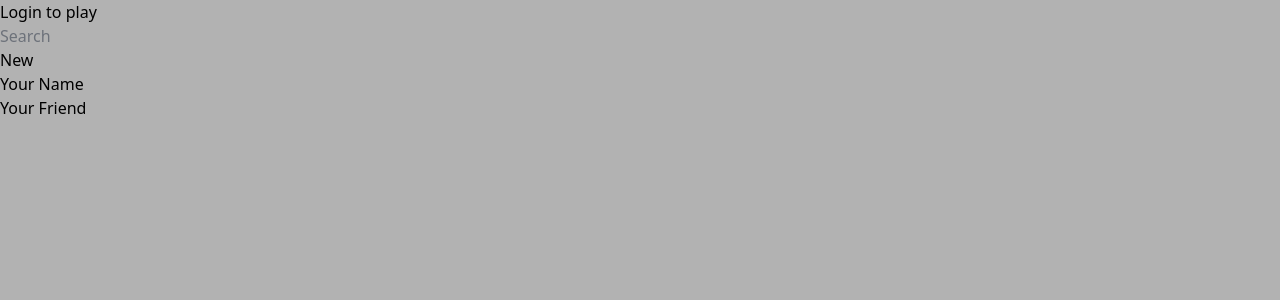
Repository: Teddy1705/demo_pj
Page: /
An editor plug-in stored every save of this project. The page is shown before and after the next save, followed by the edit.
The browser window is 1280 px wide. The pictures show the whole page.
The project was rebuilt for these pictures with package versions that can differ from the ones it lists, and the page was loaded fresh each time. Also part of the build but not shown: vite.config.js.

Above is the page before, as saved 2024-04-16 08:48:28.

### index.html
<!DOCTYPE html>
<html lang="en">
  <head>
    <meta charset="UTF-8" />
    <link rel="icon" type="image/svg+xml" href="/vite.svg" />
    <meta name="viewport" content="width=device-width, initial-scale=1.0" />
    <title>Tic Tac Toe</title>
    <link rel="stylesheet" href="./src/index.css" />
  </head>
  <body>
    <div id="root"></div>
    <script type="module" src="/src/main.jsx"></script>
  </body>
</html>

### src/index.css
/*
! tailwindcss v3.4.3 | MIT License | https://tailwindcss.com
*/

/*
1. Prevent padding and border from affecting element width. (https://github.com/mozdevs/cssremedy/issues/4)
2. Allow adding a border to an element by just adding a border-width. (https://github.com/tailwindcss/tailwindcss/pull/116)
*/

*,
::before,
::after {
  box-sizing: border-box;
  /* 1 */
  border-width: 0;
  /* 2 */
  border-style: solid;
  /* 2 */
  border-color: #e5e7eb;
  /* 2 */
}

::before,
::after {
  --tw-content: "";
}

/*
1. Use a consistent sensible line-height in all browsers.
2. Prevent adjustments of font size after orientation changes in iOS.
3. Use a more readable tab size.
4. Use the user's configured `sans` font-family by default.
5. Use the user's configured `sans` font-feature-settings by default.
6. Use the user's configured `sans` font-variation-settings by default.
7. Disable tap highlights on iOS
*/

html,
:host {
  line-height: 1.5;
  /* 1 */
  -webkit-text-size-adjust: 100%;
  /* 2 */
  -moz-tab-size: 4;
  /* 3 */
  -o-tab-size: 4;
  tab-size: 4;
  /* 3 */
  font-family: ui-sans-serif, system-ui, sans-serif, "Apple Color Emoji",
    "Segoe UI Emoji", "Segoe UI Symbol", "Noto Color Emoji";
  /* 4 */
  font-feature-settings: normal;
  /* 5 */
  font-variation-settings: normal;
  /* 6 */
  -webkit-tap-highlight-color: transparent;
  /* 7 */
}

/*
1. Remove the margin in all browsers.
2. Inherit line-height from `html` so users can set them as a class directly on the `html` element.
*/

body {
  margin: 0;
  /* 1 */
  line-height: inherit;
  /* 2 */
}

/*
1. Add the correct height in Firefox.
2. Correct the inheritance of border color in Firefox. (https://bugzilla.mozilla.org/show_bug.cgi?id=190655)
3. Ensure horizontal rules are visible by default.
*/

hr {
  height: 0;
  /* 1 */
  color: inherit;
  /* 2 */
  border-top-width: 1px;
  /* 3 */
}

/*
Add the correct text decoration in Chrome, Edge, and Safari.
*/

abbr:where([title]) {
  -webkit-text-decoration: underline dotted;
  text-decoration: underline dotted;
}

/*
Remove the default font size and weight for headings.
*/

h1,
h2,
h3,
h4,
h5,
h6 {
  font-size: inherit;
  font-weight: inherit;
}

/*
Reset links to optimize for opt-in styling instead of opt-out.
*/

a {
  color: inherit;
  text-decoration: inherit;
}

/*
Add the correct font weight in Edge and Safari.
*/

b,
strong {
  font-weight: bolder;
}

/*
1. Use the user's configured `mono` font-family by default.
2. Use the user's configured `mono` font-feature-settings by default.
3. Use the user's configured `mono` font-variation-settings by default.
4. Correct the odd `em` font sizing in all browsers.
*/

code,
kbd,
samp,
pre {
  font-family: ui-monospace, SFMono-Regular, Menlo, Monaco, Consolas,
    "Liberation Mono", "Courier New", monospace;
  /* 1 */
  font-feature-settings: normal;
  /* 2 */
  font-variation-settings: normal;
  /* 3 */
  font-size: 1em;
  /* 4 */
}

/*
Add the correct font size in all browsers.
*/

small {
  font-size: 80%;
}

/*
Prevent `sub` and `sup` elements from affecting the line height in all browsers.
*/

sub,
sup {
  font-size: 75%;
  line-height: 0;
  position: relative;
  vertical-align: baseline;
}

sub {
  bottom: -0.25em;
}

sup {
  top: -0.5em;
}

/*
1. Remove text indentation from table contents in Chrome and Safari. (https://bugs.chromium.org/p/chromium/issues/detail?id=999088, https://bugs.webkit.org/show_bug.cgi?id=201297)
2. Correct table border color inheritance in all Chrome and Safari. (https://bugs.chromium.org/p/chromium/issues/detail?id=935729, https://bugs.webkit.org/show_bug.cgi?id=195016)
3. Remove gaps between table borders by default.
*/

table {
  text-indent: 0;
  /* 1 */
  border-color: inherit;
  /* 2 */
  border-collapse: collapse;
  /* 3 */
}

/*
1. Change the font styles in all browsers.
2. Remove the margin in Firefox and Safari.
3. Remove default padding in all browsers.
*/

button,
input,
optgroup,
select,
textarea {
  font-family: inherit;
  /* 1 */
  font-feature-settings: inherit;
  /* 1 */
  font-variation-settings: inherit;
  /* 1 */
  font-size: 100%;
  /* 1 */
  font-weight: inherit;
  /* 1 */
  line-height: inherit;
  /* 1 */
  letter-spacing: inherit;
  /* 1 */
  color: inherit;
  /* 1 */
  margin: 0;
  /* 2 */
  padding: 0;
  /* 3 */
}

/*
Remove the inheritance of text transform in Edge and Firefox.
*/

button,
select {
  text-transform: none;
}

/*
1. Correct the inability to style clickable types in iOS and Safari.
2. Remove default button styles.
*/

button,
input:where([type="button"]),
input:where([type="reset"]),
input:where([type="submit"]) {
  -webkit-appearance: button;
  /* 1 */
  background-color: transparent;
  /* 2 */
  background-image: none;
  /* 2 */
}

/*
Use the modern Firefox focus style for all focusable elements.
*/

:-moz-focusring {
  outline: auto;
}

/*
Remove the additional `:invalid` styles in Firefox. (https://github.com/mozilla/gecko-dev/blob/2f9eacd9d3d995c937b4251a5557d95d494c9be1/layout/style/res/forms.css#L728-L737)
*/

:-moz-ui-invalid {
  box-shadow: none;
}

/*
Add the correct vertical alignment in Chrome and Firefox.
*/

progress {
  vertical-align: baseline;
}

/*
Correct the cursor style of increment and decrement buttons in Safari.
*/

::-webkit-inner-spin-button,
::-webkit-outer-spin-button {
  height: auto;
}

/*
1. Correct the odd appearance in Chrome and Safari.
2. Correct the outline style in Safari.
*/

[type="search"] {
  -webkit-appearance: textfield;
  /* 1 */
  outline-offset: -2px;
  /* 2 */
}

/*
Remove the inner padding in Chrome and Safari on macOS.
*/

::-webkit-search-decoration {
  -webkit-appearance: none;
}

/*
1. Correct the inability to style clickable types in iOS and Safari.
2. Change font properties to `inherit` in Safari.
*/

::-webkit-file-upload-button {
  -webkit-appearance: button;
  /* 1 */
  font: inherit;
  /* 2 */
}

/*
Add the correct display in Chrome and Safari.
*/

summary {
  display: list-item;
}

/*
Removes the default spacing and border for appropriate elements.
*/

blockquote,
dl,
dd,
h1,
h2,
h3,
h4,
h5,
h6,
hr,
figure,
p,
pre {
  margin: 0;
}

fieldset {
  margin: 0;
  padding: 0;
}

legend {
  padding: 0;
}

ol,
ul,
menu {
  list-style: none;
  margin: 0;
  padding: 0;
}

/*
Reset default styling for dialogs.
*/

dialog {
  padding: 0;
}

/*
Prevent resizing textareas horizontally by default.
*/

textarea {
  resize: vertical;
}

/*
1. Reset the default placeholder opacity in Firefox. (https://github.com/tailwindlabs/tailwindcss/issues/3300)
2. Set the default placeholder color to the user's configured gray 400 color.
*/

input::-moz-placeholder,
textarea::-moz-placeholder {
  opacity: 1;
  /* 1 */
  color: #9ca3af;
  /* 2 */
}

input::placeholder,
textarea::placeholder {
  opacity: 1;
  /* 1 */
  color: #9ca3af;
  /* 2 */
}

/*
Set the default cursor for buttons.
*/

button,
[role="button"] {
  cursor: pointer;
}

/*
Make sure disabled buttons don't get the pointer cursor.
*/

:disabled {
  cursor: default;
}

/*
1. Make replaced elements `display: block` by default. (https://github.com/mozdevs/cssremedy/issues/14)
2. Add `vertical-align: middle` to align replaced elements more sensibly by default. (https://github.com/jensimmons/cssremedy/issues/14#issuecomment-634934210)
   This can trigger a poorly considered lint error in some tools but is included by design.
*/

img,
svg,
video,
canvas,
audio,
iframe,
embed,
object {
  display: block;
  /* 1 */
  vertical-align: middle;
  /* 2 */
}

/*
Constrain images and videos to the parent width and preserve their intrinsic aspect ratio. (https://github.com/mozdevs/cssremedy/issues/14)
*/

img,
video {
  max-width: 100%;
  height: auto;
}

/* Make elements with the HTML hidden attribute stay hidden by default */

[hidden] {
  display: none;
}

*,
::before,
::after {
  --tw-border-spacing-x: 0;
  --tw-border-spacing-y: 0;
  --tw-translate-x: 0;
  --tw-translate-y: 0;
  --tw-rotate: 0;
  --tw-skew-x: 0;
  --tw-skew-y: 0;
  --tw-scale-x: 1;
  --tw-scale-y: 1;
  --tw-pan-x: ;
  --tw-pan-y: ;
  --tw-pinch-zoom: ;
  --tw-scroll-snap-strictness: proximity;
  --tw-gradient-from-position: ;
  --tw-gradient-via-position: ;
  --tw-gradient-to-position: ;
  --tw-ordinal: ;
  --tw-slashed-zero: ;
  --tw-numeric-figure: ;
  --tw-numeric-spacing: ;
  --tw-numeric-fraction: ;
  --tw-ring-inset: ;
  --tw-ring-offset-width: 0px;
  --tw-ring-offset-color: #fff;
  --tw-ring-color: rgb(59 130 246 / 0.5);
  --tw-ring-offset-shadow: 0 0 #0000;
  --tw-ring-shadow: 0 0 #0000;
  --tw-shadow: 0 0 #0000;
  --tw-shadow-colored: 0 0 #0000;
  --tw-blur: ;
  --tw-brightness: ;
  --tw-contrast: ;
  --tw-grayscale: ;
  --tw-hue-rotate: ;
  --tw-invert: ;
  --tw-saturate: ;
  --tw-sepia: ;
  --tw-drop-shadow: ;
  --tw-backdrop-blur: ;
  --tw-backdrop-brightness: ;
  --tw-backdrop-contrast: ;
  --tw-backdrop-grayscale: ;
  --tw-backdrop-hue-rotate: ;
  --tw-backdrop-invert: ;
  --tw-backdrop-opacity: ;
  --tw-backdrop-saturate: ;
  --tw-backdrop-sepia: ;
  --tw-contain-size: ;
  --tw-contain-layout: ;
  --tw-contain-paint: ;
  --tw-contain-style: ;
}

::backdrop {
  --tw-border-spacing-x: 0;
  --tw-border-spacing-y: 0;
  --tw-translate-x: 0;
  --tw-translate-y: 0;
  --tw-rotate: 0;
  --tw-skew-x: 0;
  --tw-skew-y: 0;
  --tw-scale-x: 1;
  --tw-scale-y: 1;
  --tw-pan-x: ;
  --tw-pan-y: ;
  --tw-pinch-zoom: ;
  --tw-scroll-snap-strictness: proximity;
  --tw-gradient-from-position: ;
  --tw-gradient-via-position: ;
  --tw-gradient-to-position: ;
  --tw-ordinal: ;
  --tw-slashed-zero: ;
  --tw-numeric-figure: ;
  --tw-numeric-spacing: ;
  --tw-numeric-fraction: ;
  --tw-ring-inset: ;
  --tw-ring-offset-width: 0px;
  --tw-ring-offset-color: #fff;
  --tw-ring-color: rgb(59 130 246 / 0.5);
  --tw-ring-offset-shadow: 0 0 #0000;
  --tw-ring-shadow: 0 0 #0000;
  --tw-shadow: 0 0 #0000;
  --tw-shadow-colored: 0 0 #0000;
  --tw-blur: ;
  --tw-brightness: ;
  --tw-contrast: ;
  --tw-grayscale: ;
  --tw-hue-rotate: ;
  --tw-invert: ;
  --tw-saturate: ;
  --tw-sepia: ;
  --tw-drop-shadow: ;
  --tw-backdrop-blur: ;
  --tw-backdrop-brightness: ;
  --tw-backdrop-contrast: ;
  --tw-backdrop-grayscale: ;
  --tw-backdrop-hue-rotate: ;
  --tw-backdrop-invert: ;
  --tw-backdrop-opacity: ;
  --tw-backdrop-saturate: ;
  --tw-backdrop-sepia: ;
  --tw-contain-size: ;
  --tw-contain-layout: ;
  --tw-contain-paint: ;
  --tw-contain-style: ;
}

#modal {
  position: fixed;
  top: 0;
  right: 0;
  bottom: 0;
  left: 0;
}

#modal .modal__overlay {
  position: absolute;
  width: 100%;
  height: 100%;
  background-color: rgba(0, 0, 0, 0.3);
}

#modal .modal__body {
  po
}

### src/main.jsx
import React from "react";
import ReactDOM from "react-dom/client";
import App from "./App.jsx";
import { createBrowserRouter, RouterProvider } from "react-router-dom";
import Root from "./routes/root";
import "./index.css";

const router = createBrowserRouter([
  {
    path: "/",
    element: <Root />,
  },
]);

ReactDOM.createRoot(document.getElementById("root")).render(
  <React.StrictMode>
    <RouterProvider router={router} />
    <App />
  </React.StrictMode>
);

### src/routes/root.jsx
export default function Root() {
  return (
    <>
      <div id="modal">
        <div className="modal__overlay"></div>
        <div className="modal__body">
          <h1>Login to play</h1>
          <form id="search-form" role="search">
            <input
              id="q"
              aria-label="Search contacts"
              placeholder="Search"
              type="search"
              name="q"
            />
            <div id="search-spinner" aria-hidden hidden={true} />
            <div className="sr-only" aria-live="polite"></div>
          </form>
          <form method="post">
            <button type="submit">New</button>
          </form>
        </div>
        <nav>
          <ul>
            <li>
              <a
                href={`https://codesandbox.io/s/q2z497?file=%2Fsrc%2FApp.js&utm_medium=sandpack`}
              >
                Your Name
              </a>
            </li>
            <li>
              <a href={`/contacts/2`}>Your Friend</a>
            </li>
          </ul>
        </nav>
      </div>
      <div id="detail"></div>
    </>
  );
}

Loaded but not shown: src/App.jsx (common file)

After the next save:
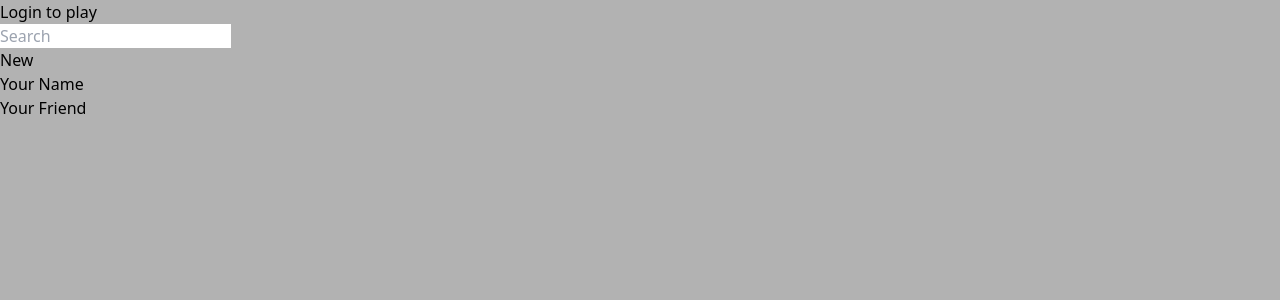
Saved 15 s later.
--- a/src/index.css
+++ b/src/index.css
@@ -575,5 +575,5 @@ video {
 }
 
 #modal .modal__body {
-  po
-}
+  position: relative;
+}
